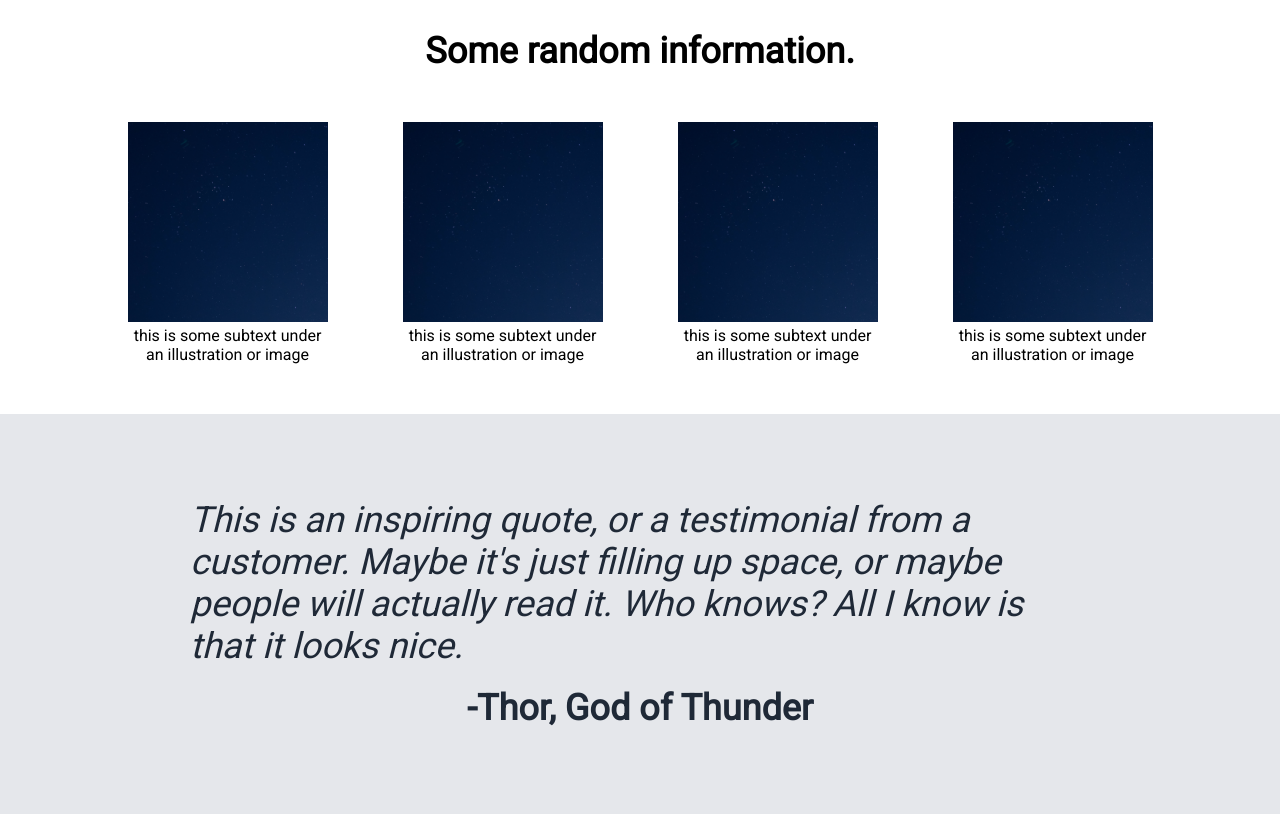
Repository: aaronestre/odin-landingpage
Page: index.html
The author's editor kept a copy of each file at every save. The page is drawn from the files as they stood at one save, then again after the next save.
The browser window is 1280 px wide. The pictures show the part of the page from y = 570 to 1384 px (the page is 1384 px tall).
A picture or video elsewhere on the page could not be fetched, so the positions and the page height are approximate.

Above is the page before, as saved 2025-02-12 20:30:11.

### index.html
<!DOCTYPE html>
<html lang="en">
    <head>
        <meta charset="UTF-8" />
        <meta http-equiv="X-UA-Compatible" content="IE=edge" />
        <meta name="viewport" content="width=device-width, initial-scale=1.0" />
        <link rel="stylesheet" href="index.css" />
        <link
            href="http://fonts.googleapis.com/css?family=Roboto"
            rel="stylesheet"
            type="text/css"
        />
        <style>
            body {
                font-family: "Roboto", sans-serif;
            }
        </style>
        <title>Odin Landing Page</title>
    </head>
    <body>
        <div class="header">
            <h1>Header Logo</h1>
            <div class="header-right">
                <p>header link 1</p>
                <p>header link 2</p>
                <p>header link 3</p>
            </div>
        </div>
        <div class="hero">
            <div class="hero-left">
                <h1>This website is awesome</h1>
                <p>This website has some subtext that goes here under the main title. It's a smaller font and the color is lower contrast</p>
                <button>Sign up</button>
            </div>
            <div class="hero-right">
                <img class="hero-image" src="./pictures/hero-image.jpg" alt="This is a placeholder for an image" />
            </div>
        </div>
        <div class="info">
            <h1>Some random information.</h1>
            <div class="info-container">
                <div class="info-item">
                    <img class="info-image" src="./pictures/placeholder.jpg" alt="This is a placeholder for an image" />
                    <p class="info-text">this is some subtext under an illustration or image</p>
                </div>
                <div class="info-item">
                    <img class="info-image" src="./pictures/placeholder.jpg" alt="This is a placeholder for an image" />
                    <p class="info-text">this is some subtext under an illustration or image</p>
                </div>
                <div class="info-item">
                    <img class="info-image" src="./pictures/placeholder.jpg" alt="This is a placeholder for an image" />
                    <p class="info-text">this is some subtext under an illustration or image</p>
                </div>
                <div class="info-item">
                    <img class="info-image" src="./pictures/placeholder.jpg" alt="This is a placeholder for an image" />
                    <p class="info-text">this is some subtext under an illustration or image</p>
                </div>
            </div>
        </div>
        <div class="quote">
            <p class="quote-text">
                This is an inspiring quote, or a testimonial from a customer. Maybe it's just filling up space, or maybe people will actually read it. Who knows? All I know is that it looks nice.
            </p>
            <p class="quote-author">-Thor, God of Thunder</p>
        </div>
    </body>
</html>

### index.css
* {
    margin: 0;
    padding: 0;
    box-sizing: border-box;
}

.header {
    background-color: #1f2937;
    margin: 0px;
    width: 100%;
    height: 50px;
    color: white;
    font-family: Roboto;
    display: flex;
    justify-content: space-around;
    align-items: center;
}

.header h1 {
    font-size: 32px;
}

.header-right {
    display: flex;
    justify-content: flex-end;
    font-size: 18px;
    gap: 16px;
}

.hero {
    background-color: #1f2937;
    color: white;
    width: 100%;
    height: 500px;
    display: flex;
    justify-content: space-around;
    align-items: center;
}

.hero-left {
    margin-left: 175px;
    width: 20%;
}

.hero h1 {
    font-size: 48px;
    margin-bottom: 10px;
}

.hero p {
    font-size: 18px;
    margin-bottom: 10px;
}

.hero button {
    background-color: #3882f6;
    color: white;
    width: 100px;
    height: 40px;
    border-radius: 10px;
    border: none;
}

.hero-image {
    background-color: #1f2937;
    margin-right: 175px;
    height: 350px;
    display: flex;
    justify-content: center;
    align-items: center;
}

.info {
    display: flex;
    flex-direction: column;
    justify-content: center;
    align-items: center;
    margin-bottom: 50px;
}

.info h1 {
    font-size: 36px;
    margin: 50px 0;
}

.info-container {
    display: flex;
    justify-content: center;
    align-items: center;
    gap: 75px;
}

.info-image {
    width: 200px;
}

.info-text {
    width: 200px;
    text-align: center;
}

.quote {
    background-color: #e5e7eb;
    display: flex;
    flex-direction: column;
    justify-content: center;
    align-items: center;
    font-size: 36px;
    color: #1f2937;
    height: 400px;
}

.quote-text {
    font-style: italic;
    font-weight: 1;
    margin-bottom: 20px;
    width: 900px;
}

.quote-author {
    font-weight: bold;

}

After the next save:
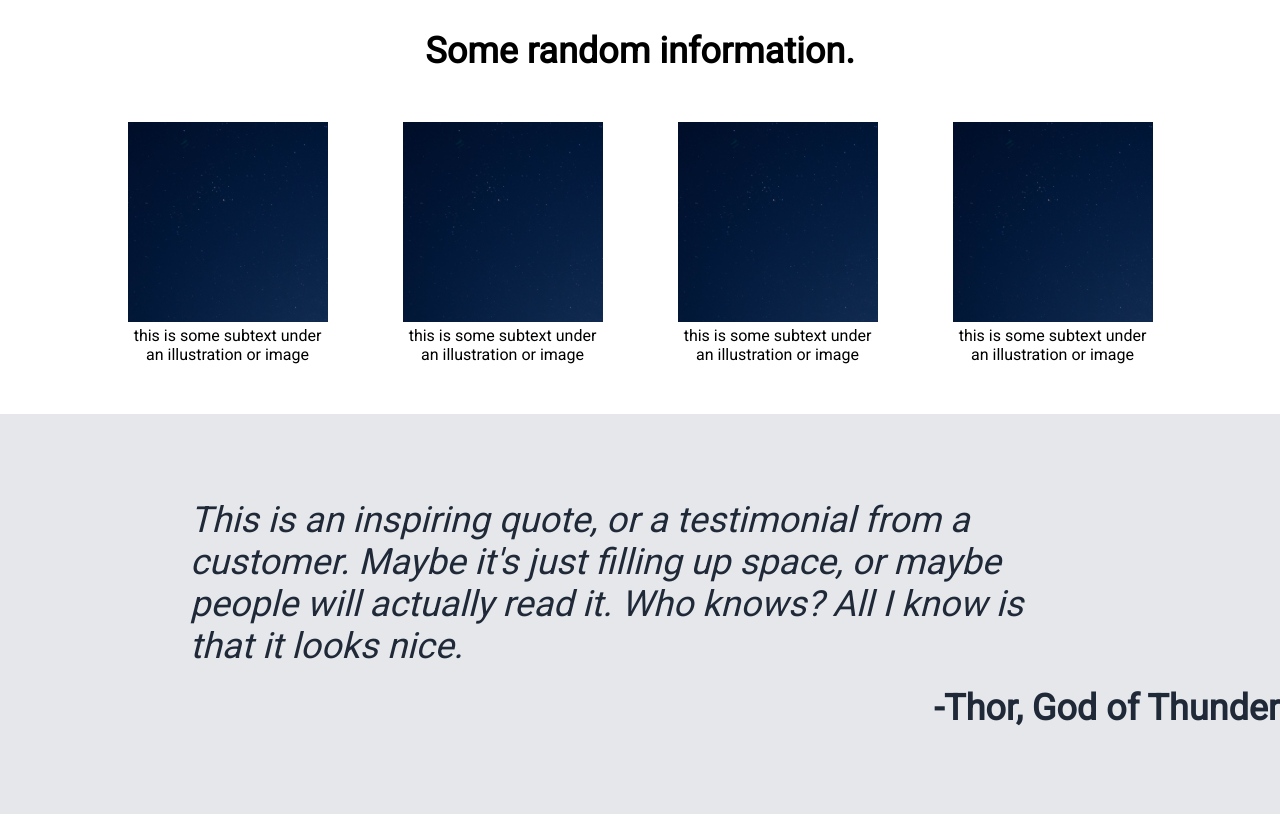
Saved 6 s later.
--- a/index.css
+++ b/index.css
@@ -119,5 +119,5 @@
 
 .quote-author {
     font-weight: bold;
-
+    align-self: flex-end;
 }
